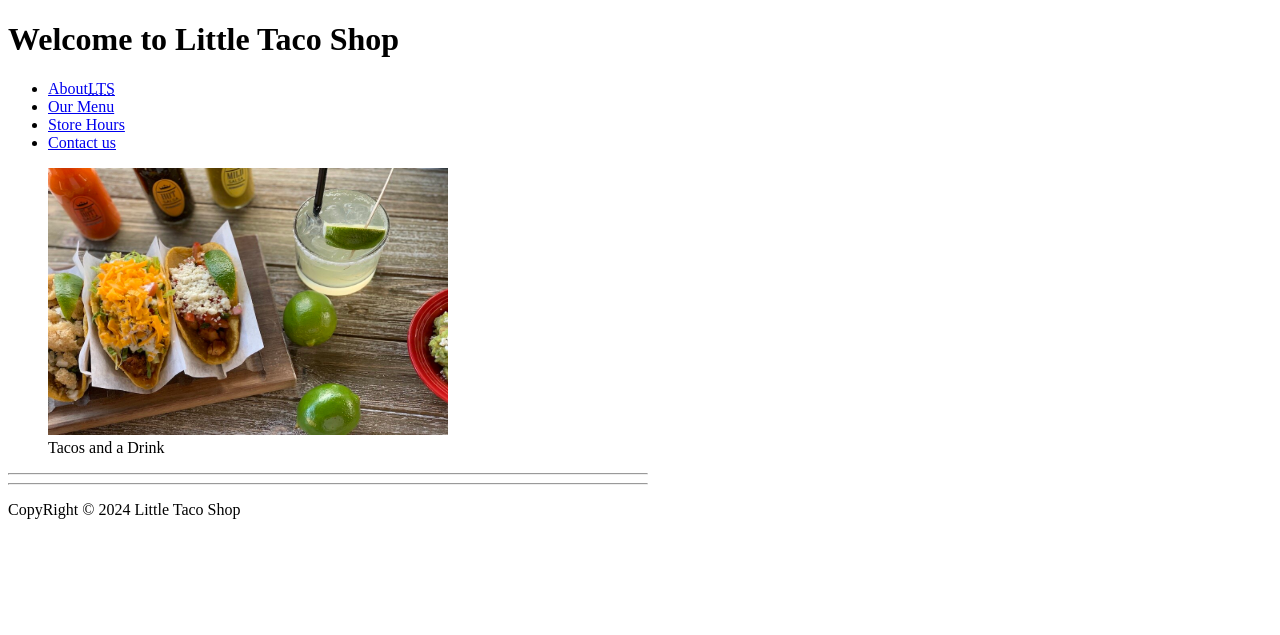
Repository: cavidk/taco_shop-web
Page: html basics/index.html
The author's editor kept a copy of each file at every save. The page is drawn from the files as they stood at one save, then again after the next save.
The browser window is 1280 px wide. The pictures show the whole page.

Above is the page before, as saved 2024-06-11 09:53:02.

After the next save:
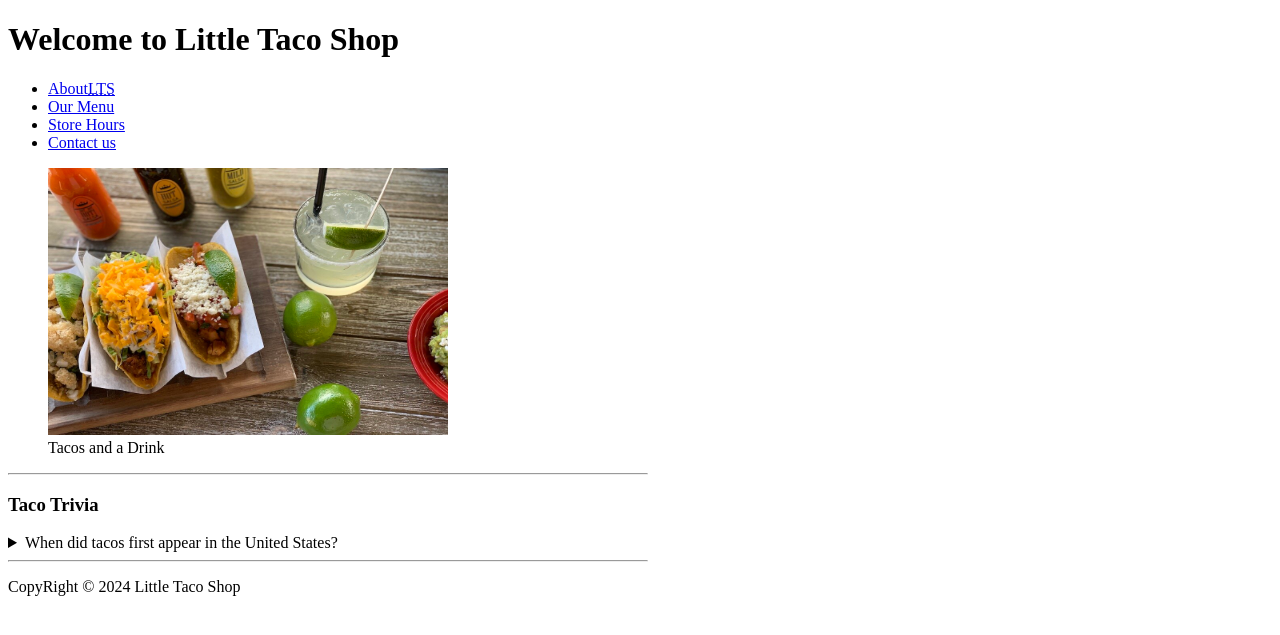
Saved 4 min 13 s later.
--- a/html basics/index.html
+++ b/html basics/index.html
@@ -30,29 +30,34 @@
             </li>
          </ul>
 
-            <figure>
-               <img width="400" height="267" src="images/image-24.jpeg" alt="This is a Drink with taco"
-                  title="We love tacos">
+         <figure>
+            <img width="400" height="267" src="images/image-24.jpeg" alt="This is a Drink with taco"
+               title="We love tacos">
 
-                  <figcaption>
-                     Tacos and a Drink
-                  </figcaption>
-            </figure>
+            <figcaption>
+               Tacos and a Drink
+            </figcaption>
+         </figure>
    </header>
-     <hr>
-     <main>
+   <hr>
+   <main>
       <!--Our Content-->
       <aside>
+         <h3>Taco Trivia</h3>
+         <details>
+            <summary>
+               When did tacos first appear in the United States?
+            </summary>
+            <p>
+               Tacos first appeared in the United States in the 19th century. The first known mention of a taco in the
+               United States is from 1905, in a newspaper. Tacos were introduced to the United States by Mexican
+               <time datetime="1905"> 1905</time>
+            </p>
+         </details>
+      </aside>
+   </main>
 
-
-
-      </aside>
-
-
-
-     </main>
-
-     <hr>
+   <hr>
    <footer>
       <p>
          CopyRight &copy; 2024 Little Taco Shop
